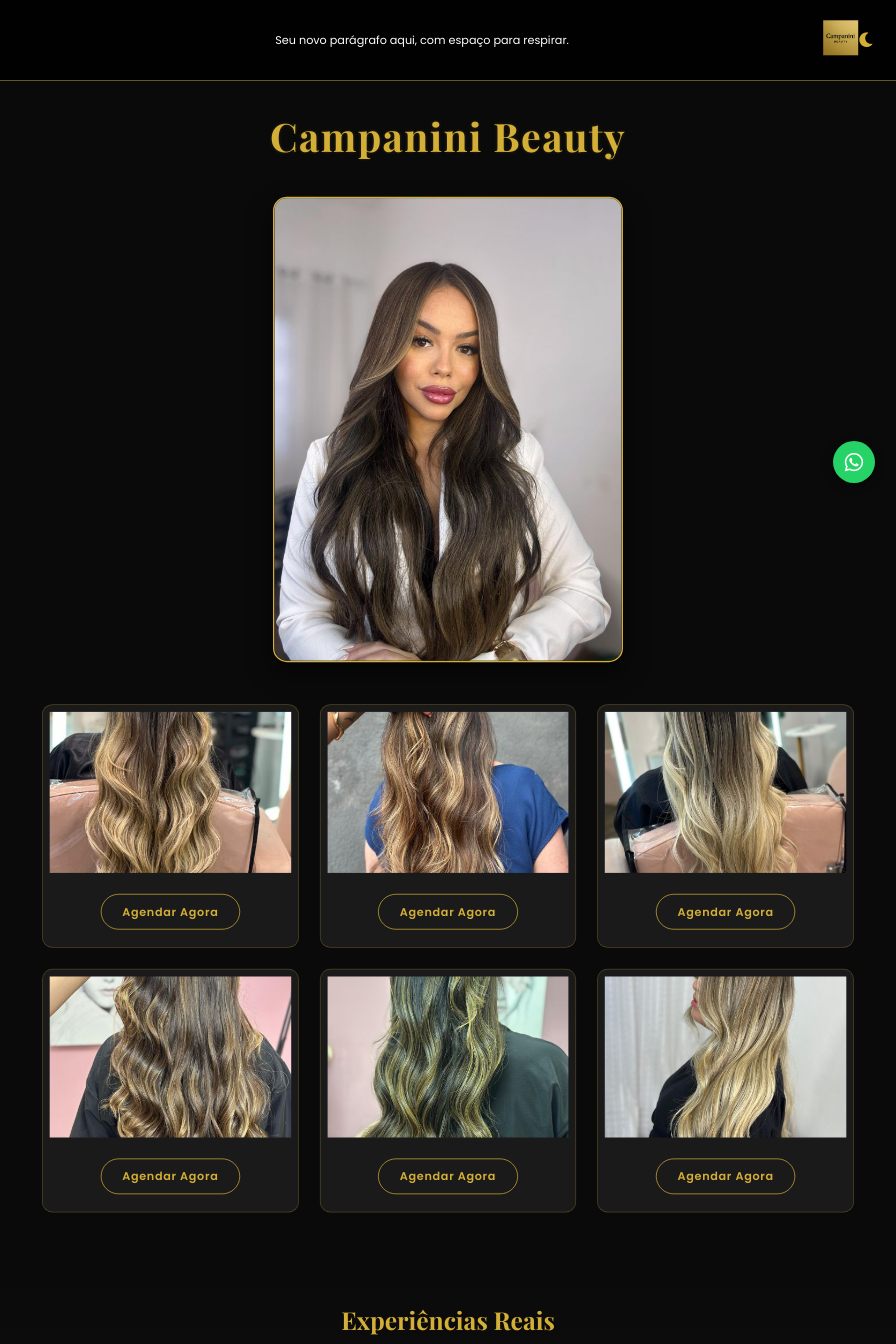
Repository: Sandro1969-tech/campanini-beauty
Page: index.html
An editor plug-in stored every save of this project. The page is shown before and after a run of saves, followed by the edit.
The browser window is 1280 px wide. The pictures show the part of the page from y = 0 to 1920 px (the page is 3015 px tall before and 4001 px after), at 70% of full size.

Above is the page before, as saved 2026-02-17 20:04:51.

### index.html
<!DOCTYPE html>
<html lang="pt-br">
<head>
    <meta charset="UTF-8">
    <meta name="viewport" content="width=device-width, initial-scale=1.0">
    <title>Campanini Beauty | Clínica Premium</title>
    <link rel="icon" href="assets/image/favicon.png" type="image/x-icon">
    <link href="https://fonts.googleapis.com/css2?family=Playfair+Display:wght@700&family=Poppins:wght@300;400;600&display=swap" rel="stylesheet">
    <link rel="stylesheet" href="https://cdnjs.cloudflare.com/ajax/libs/font-awesome/6.0.0/css/all.min.css">

    <style>
        :root {
            --gold: #D4AF37;
            --gold-light: #F1D592;
            --black: #0a0a0a;
            --dark-gray: #1a1a1a;
            --white: #ffffff;
            --transition: all 0.4s cubic-bezier(0.175, 0.885, 0.32, 1.275);
        }

        .light-mode {
            --black: #f4f4f4;
            --dark-gray: #ffffff;
            --white: #0a0a0a;
        }

        * { margin: 0; padding: 0; box-sizing: border-box; }

        body {
            background-color: var(--black);
            color: var(--white);
            font-family: 'Poppins', sans-serif;
            transition: background 0.5s ease;
            overflow-x: hidden;
        }

        header {
            padding: 15px 30px;
            display: flex;
            justify-content: space-between;
            align-items: center;
            background: rgba(0,0,0,0.9);
            position: sticky;
            top: 0;
            z-index: 1000;
            border-bottom: 1px solid var(--gold);
        }

        .logo img { height: 50px; }

        .theme-switch { cursor: pointer; font-size: 1.5rem; color: var(--gold); }

        /* --- TÍTULO PULSANTE ATUALIZADO --- */
        .pulsing-title {
            font-family: 'Playfair Display', serif;
            font-size: 3.5rem;
            text-align: center;
            color: var(--gold);
            margin: 40px 0;
            animation: pulse 2.5s infinite;
            letter-spacing: 2px;
        }

        @keyframes pulse {
            0% { transform: scale(1); text-shadow: 0 0 5px rgba(212, 175, 55, 0.2); }
            50% { transform: scale(1.05); text-shadow: 0 0 25px var(--gold); }
            100% { transform: scale(1); text-shadow: 0 0 5px rgba(212, 175, 55, 0.2); }
        }

        /* --- IMAGEM PRINCIPAL CENTRALIZADA E MENOR --- */
        .hero {
            width: 100%;
            display: flex;
            justify-content: center;
            padding: 10px 20px;
        }

        .hero img {
            max-width: 500px; /* Tamanho reduzido para não ocupar a tela toda */
            width: 100%;
            height: auto;
            border-radius: 20px;
            object-fit: cover;
            border: 2px solid var(--gold);
            box-shadow: 0 15px 35px rgba(0,0,0,0.6);
        }

        /* --- GRID DE SERVIÇOS --- */
        .container { max-width: 1200px; margin: 50px auto; padding: 0 20px; }
        .grid { display: grid; grid-template-columns: repeat(auto-fit, minmax(280px, 1fr)); gap: 30px; }

        .card {
            background: var(--dark-gray);
            border: 1px solid rgba(212, 175, 55, 0.3);
            border-radius: 15px;
            overflow: hidden;
            text-align: center;
            padding-bottom: 25px;
            transition: var(--transition);
        }

        .card:hover {
            transform: translateY(-10px);
            border-color: var(--gold);
            box-shadow: 0 10px 30px rgba(212, 175, 55, 0.2);
        }

        .card img {
            width: 100%;
            height: 250px;
            object-fit: cover;
            padding: 10px;
            object-position: center;
            display: block;
        }

        /* --- SEÇÃO DE DEPOIMENTOS --- */
        .testimonials-section {
            padding: 80px 20px;
            background: linear-gradient(180deg, var(--black) 0%, #111 100%);
            text-align: center;
        }

        .testimonials-grid {
            display: flex;
            justify-content: center;
            flex-wrap: wrap;
            gap: 30px;
            margin-top: 40px;
        }

        .testimonial-card {
            background: var(--dark-gray);
            padding: 30px;
            border-radius: 20px;
            width: 300px;
            border: 1px solid rgba(212, 175, 55, 0.1);
            position: relative;
        }

        .testimonial-card img {
            width: 90px;
            height: 90px;
            border-radius: 50%;
            border: 3px solid var(--gold);
            margin-bottom: 15px;
            object-fit: cover;
        }

        .testimonial-card h4 { color: var(--gold); margin-bottom: 10px; font-size: 1.1rem; }
        .testimonial-card p { font-style: italic; font-size: 0.9rem; color: #ccc; line-height: 1.5; }

        .btn-booking {
            display: inline-block;
            margin-top: 20px;
            padding: 12px 30px;
            background: transparent;
            color: var(--gold);
            border: 1px solid var(--gold);
            border-radius: 50px;
            text-decoration: none;
            font-weight: 600;
            letter-spacing: 1px;
            transition: var(--transition);
        }

        .btn-booking:hover {
            background: var(--gold);
            color: var(--black);
            transform: scale(1.05);
        }

        /* WhatsApp */
        .whatsapp-float {
            position: fixed; bottom: 30px; right: 30px;
            background: #25d366; color: white;
            width: 60px; height: 60px; border-radius: 50%;
            display: flex; align-items: center; justify-content: center;
            font-size: 30px; z-index: 1000; text-decoration: none;
            box-shadow: 0 4px 15px rgba(0,0,0,0.3);
        }

        footer { padding: 60px 20px; text-align: center; border-top: 1px solid var(--gold); background: #000; }
        .map-container { margin: 30px auto; max-width: 900px; height: 350px; border: 1px solid var(--gold); border-radius: 10px; overflow: hidden; }

    </style>
</head>
<body>

    <header>
        <div style="max-width: 800px; margin: 30px auto; padding: 0 20px; text-align: center;">
    <p>Seu novo parágrafo aqui, com espaço para respirar.</p>
</div>
        <div class="logo">
            <img src="assets/image/Logo escrito 'Campan.png" alt="Campanini Beauty">
        </div>
        <div class="theme-switch" onclick="toggleTheme()">
            <i id="theme-icon" class="fas fa-moon"></i>
        </div>
    </header>

    <h1 class="pulsing-title">Campanini Beauty</h1>

    <div class="hero">
        <img src="assets/image/principal.jpg" alt="Destaque Campanini Beauty">
    </div>

    <div class="container">
        <div class="grid">
            <div class="card">
                <img src="assets/image/imagem1.jpg" alt="Procedimento">
                <a href="#" class="btn-booking">Agendar Agora</a>
            </div>
            <div class="card">
                <img src="assets/image/imagem2.jpg" alt="Procedimento">
                <a href="#" class="btn-booking">Agendar Agora</a>
            </div>
            <div class="card">
                <img src="assets/image/imagem3.jpg" alt="Procedimento">
                <a href="#" class="btn-booking">Agendar Agora</a>
            </div>
                        <div class="card">
                <img src="assets/image/imagem4.jpg" alt="Procedimento">
                <a href="#" class="btn-booking">Agendar Agora</a>
            </div>
            <div class="card">
                <img src="assets/image/imagem5.jpg" alt="Procedimento">
                <a href="#" class="btn-booking">Agendar Agora</a>
            </div>
            <div class="card">
                <img src="assets/image/imagem6.jpg" alt="Procedimento">
                <a href="#" class="btn-booking">Agendar Agora</a>
            </div>

        </div>
    </div>

    <section class="testimonials-section">
        <h2 style="font-family: 'Playfair Display'; color: var(--gold); font-size: 2.2rem; margin-bottom: 10px;">Experiências Reais</h2>
        <p style="color: #888;">O que nossas clientes dizem sobre a Campanini Beauty</p>

        <div class="testimonials-grid">
            <div class="testimonial-card">
                <img src="https://randomuser.me/api/portraits/women/32.jpg" alt="Cliente">
                <h4>Juliana Paes</h4>
                <p>"A melhor clínica de estética que já frequentei. O profissionalismo e o luxo do ambiente são incomparáveis."</p>
            </div>
            <div class="testimonial-card">
                <img src="https://randomuser.me/api/portraits/women/45.jpg" alt="Cliente">
                <h4>Roberta Magalhães</h4>
                <p>"Resultados visíveis logo na primeira sessão. A equipe Campanini Beauty é extremamente atenciosa."</p>
            </div>
            <div class="testimonial-card">
                <img src="https://randomuser.me/api/portraits/women/65.jpg" alt="Cliente">
                <h4>Carla Silveira</h4>
                <p>"Um verdadeiro refúgio de beleza em SP. Saio daqui renovada todas as semanas!"</p>
            </div>
        </div>
    </section>

    <footer>
        <p style="color: var(--gold); margin-bottom: 10px;">ONDE ESTAMOS</p>
        <p><strong>Rua soldado João de Oliveira, 421 - Chácara Inglesa, São Paulo</strong></p>

        <div class="map-container">
            <iframe src="https://www.google.com/maps/embed?pb=!1m18!1m12!1m3!1d3656.345!2d-46.638!3d-23.60!2m3!1f0!2f0!3f0!3m2!1i1024!2i768!4f13.1!3m3!1m2!1s0x0%3A0x0!2zMjPCsDM2JzAwLjAiUyA0NsKwMzgnMTYuOCJX!5e0!3m2!1spt-BR!2sbr!4v1620000000000" width="100%" height="100%" style="border:0;" allowfullscreen="" loading="lazy"></iframe>
        </div>

        <a href="#" class="insta-icon"><i class="fab fa-instagram"></i></a>
        <p style="margin-top: 20px; font-size: 0.8rem; color: #555;">© 2026 Campanini Beauty. Todos os direitos reservados.</p>
    </footer>

    <a href="https://wa.me/5511999999999" class="whatsapp-float">
        <i class="fab fa-whatsapp"></i>
    </a>

    <script>
        function toggleTheme() {
            const body = document.body;
            const icon = document.getElementById('theme-icon');
            body.classList.toggle('light-mode');
            if (body.classList.contains('light-mode')) {
                icon.className = 'fas fa-sun';
            } else {
                icon.className = 'fas fa-moon';
            }
        }
    </script>
</body>
</html>

After the next 4 saves:
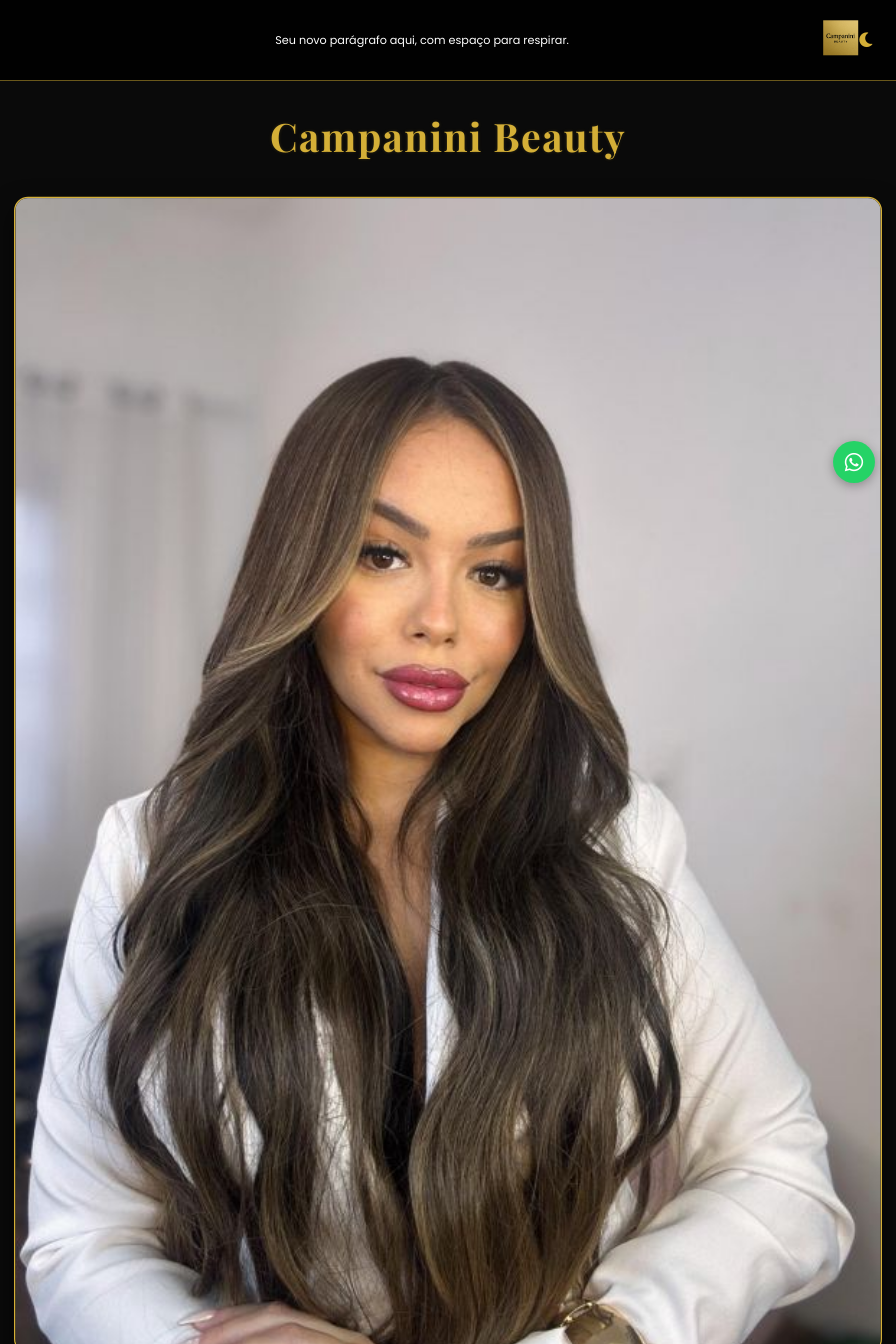
The 4 saves are shown as one change because they came seconds apart.
The last was saved 103 s later.
--- a/index.html
+++ b/index.html
@@ -76,7 +76,7 @@
         }
 
         .hero img {
-            max-width: 500px; /* Tamanho reduzido para não ocupar a tela toda */
+            max-width: 100%; /* Tamanho reduzido para não ocupar a tela toda */
             width: 100%;
             height: auto;
             border-radius: 20px;
